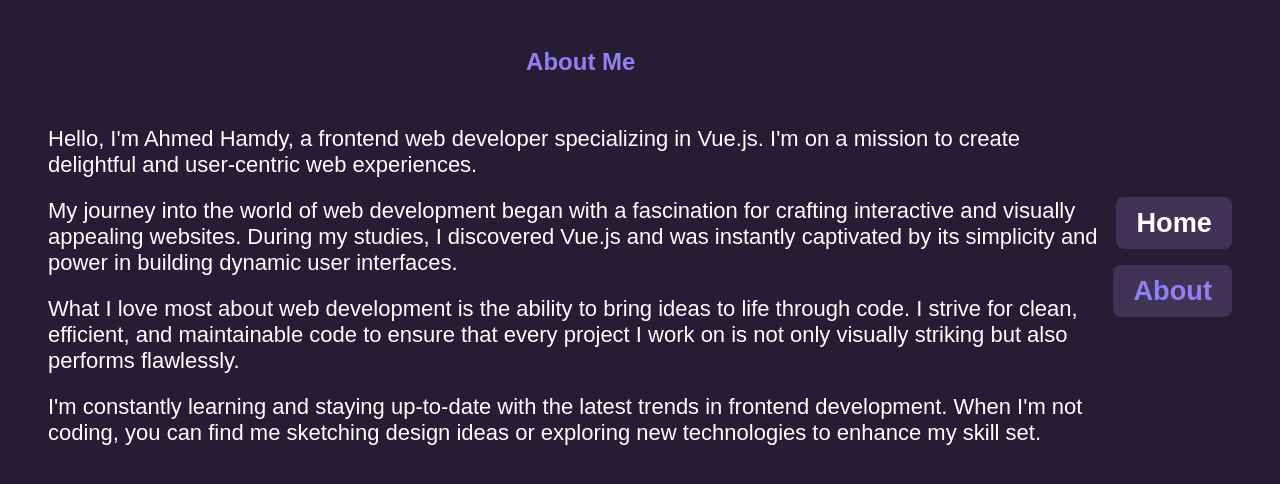
Repository: ahamdy997/portfolio
Page: /about
An editor plug-in stored every save of this project. The page is shown before and after the next save, followed by the edit.
The browser window is 1280 px wide. The pictures show the whole page.
The project was rebuilt for these pictures with package versions that can differ from the ones it lists, and the page was loaded fresh each time. Also part of the build but not shown: vue.config.js, src/components/HelloWorld.vue, src/views/HomeView.vue.

Above is the page before, as saved 2023-11-05 22:44:56.

### src/App.vue
<template>
  <div class="flex">
    <router-view />
    <header>
      <nav>
        <router-link to="/">Home</router-link>
        <router-link to="/about">About</router-link>
      </nav>
    </header>
  </div>
</template>

<style>
* {
  box-sizing: border-box;
  padding: 0;
  margin: 0;
}

.flex {
  display: flex;
  align-items: center;
  justify-content: space-between;
  padding: 3rem;
  overflow: hidden;
}
header {
  font-size: 1.7rem;
}

nav {
  text-align: center;
  display: flex;
  flex-direction: column;
  gap: 1rem;
}
body {
  font-family: sans-serif;
  background: #261c33;
  display: flex;
  align-items: center;
  justify-content: center;
  color: #fff;
  width: 100vw;
  text-align: center;
}
nav a {
  font-weight: bold;
  color: #fff;
  text-decoration: none;
  border-radius: 8px;
  background-color: #56447092;
  padding: 10px 20px;
  align-self: flex-end;
}
a:hover {
  color: rgba(137, 147, 200, 0.7);
}

nav a.router-link-exact-active {
  color: #8d81f3;
}
</style>

### src/views/AboutView.vue
<template>
  <div class="about">
    <h2>About Me</h2>
    <p>
      Hello, I'm Ahmed Hamdy, a frontend web developer specializing in Vue.js.
      I'm on a mission to create delightful and user-centric web experiences.
    </p>
    <p>
      My journey into the world of web development began with a fascination for
      crafting interactive and visually appealing websites. During my studies, I
      discovered Vue.js and was instantly captivated by its simplicity and power
      in building dynamic user interfaces.
    </p>
    <p>
      What I love most about web development is the ability to bring ideas to
      life through code. I strive for clean, efficient, and maintainable code to
      ensure that every project I work on is not only visually striking but also
      performs flawlessly.
    </p>
    <p>
      I'm constantly learning and staying up-to-date with the latest trends in
      frontend development. When I'm not coding, you can find me sketching
      design ideas or exploring new technologies to enhance my skill set.
    </p>
  </div>
</template>
<style scoped>
p {
  margin-bottom: 20px;
}
.about h2 {
  text-align: center;
  margin-bottom: 50px;
  font-size: 1.5rem;
  color: #8d81f3;
}
.about {
  text-align: start;
  font-size: 22px;
}
</style>

Loaded but not shown: public/index.html (common file); src/main.js (common file); src/router/index.js (common file)

After the next save:
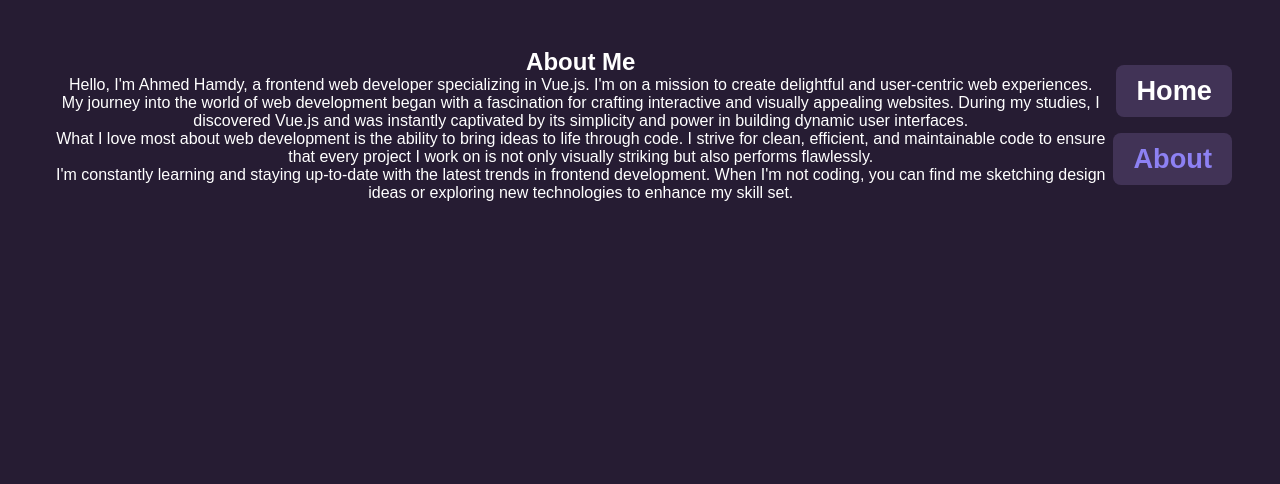
Saved 23 s later.
--- a/src/views/AboutView.vue
+++ b/src/views/AboutView.vue
@@ -25,7 +25,7 @@
   </div>
 </template>
 <style scoped>
-p {
+/* p {
   margin-bottom: 20px;
 }
 .about h2 {
@@ -37,5 +37,5 @@
 .about {
   text-align: start;
   font-size: 22px;
-}
+} */
 </style>

After the 4 saves that followed:
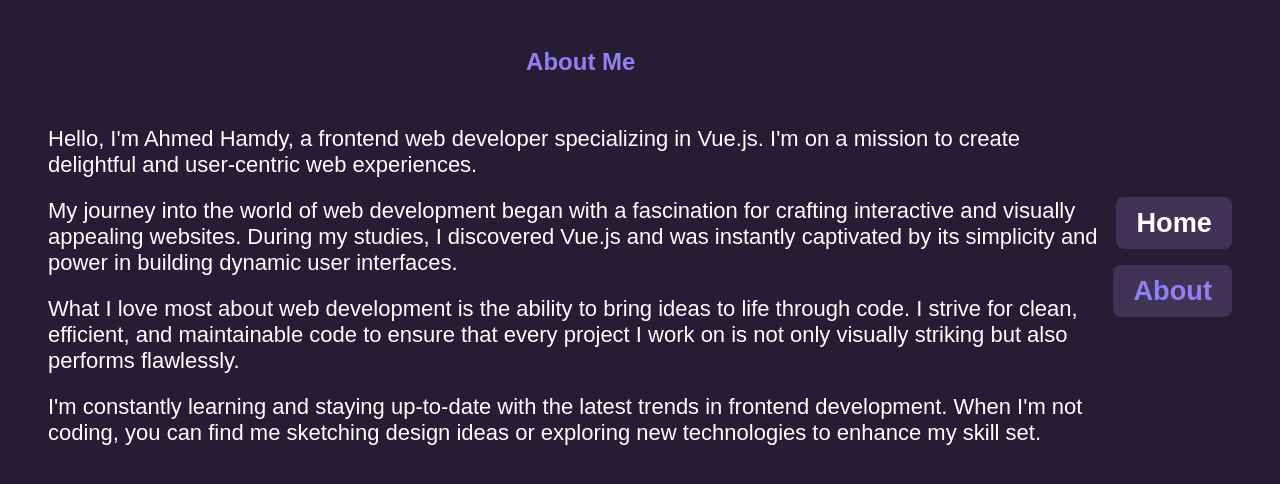
The 4 saves are shown as one change because 3 left the picture as it was.
The last was saved 66 s later.
--- a/src/App.vue
+++ b/src/App.vue
@@ -22,7 +22,7 @@
   align-items: center;
   justify-content: space-between;
   padding: 3rem;
-  overflow: hidden;
+  width: 100%;
 }
 header {
   font-size: 1.7rem;
--- a/src/views/AboutView.vue
+++ b/src/views/AboutView.vue
@@ -25,7 +25,7 @@
   </div>
 </template>
 <style scoped>
-/* p {
+p {
   margin-bottom: 20px;
 }
 .about h2 {
@@ -37,5 +37,5 @@
 .about {
   text-align: start;
   font-size: 22px;
-} */
+}
 </style>
